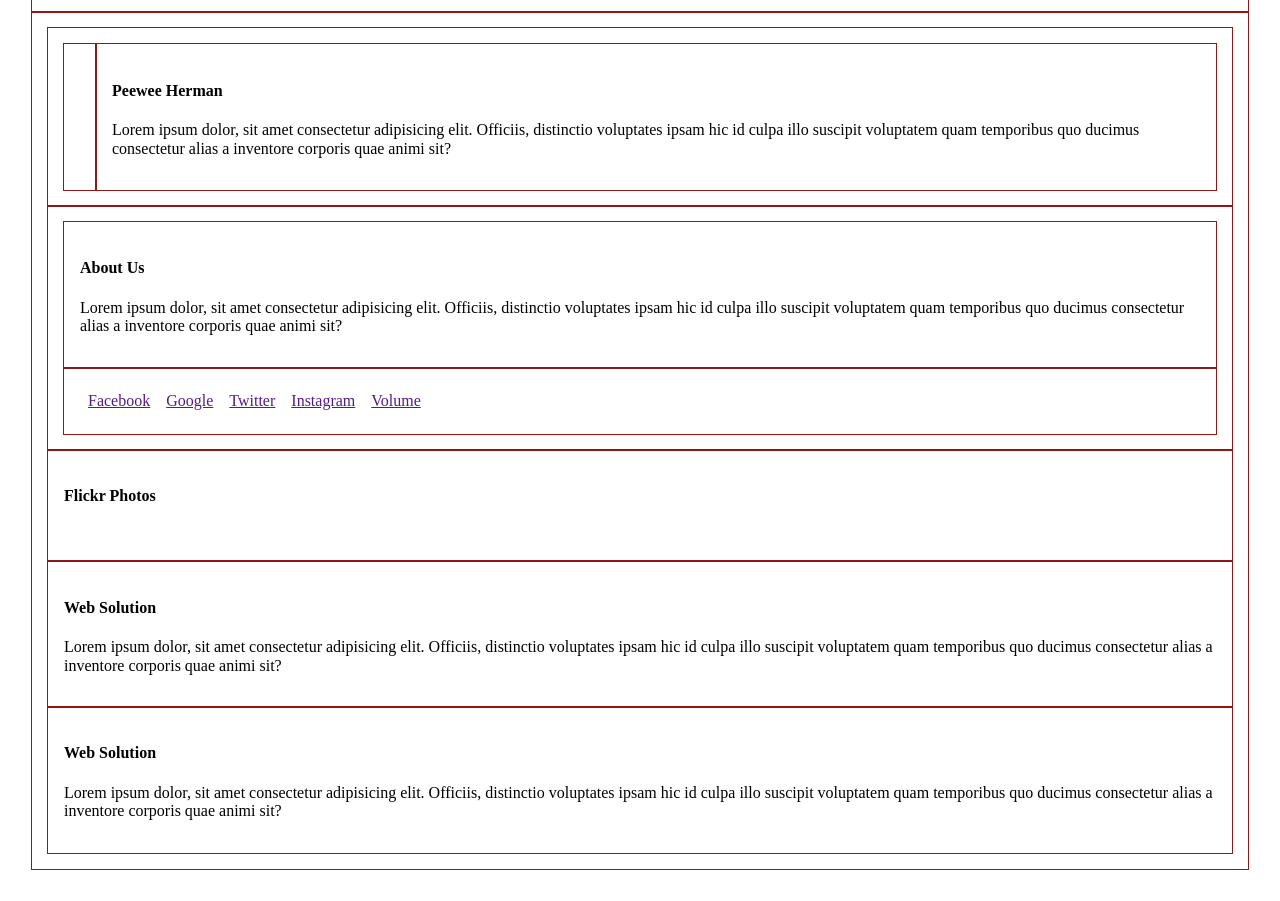
Repository: kionale/Project1_Lab3_ResponsiveLayout
Page: index.html
The author's editor kept a copy of each file at every save. The page is drawn from the files as they stood at one save, then again after the next save.
The browser window is 1280 px wide. The pictures show the part of the page from y = 3481 to 4432 px (the page is 4382 px tall before and 4432 px after).
A picture or video elsewhere on the page could not be fetched, so the positions and the page height are approximate.

Above is the page before, as saved 2023-01-26 00:23:45.

After the next save:
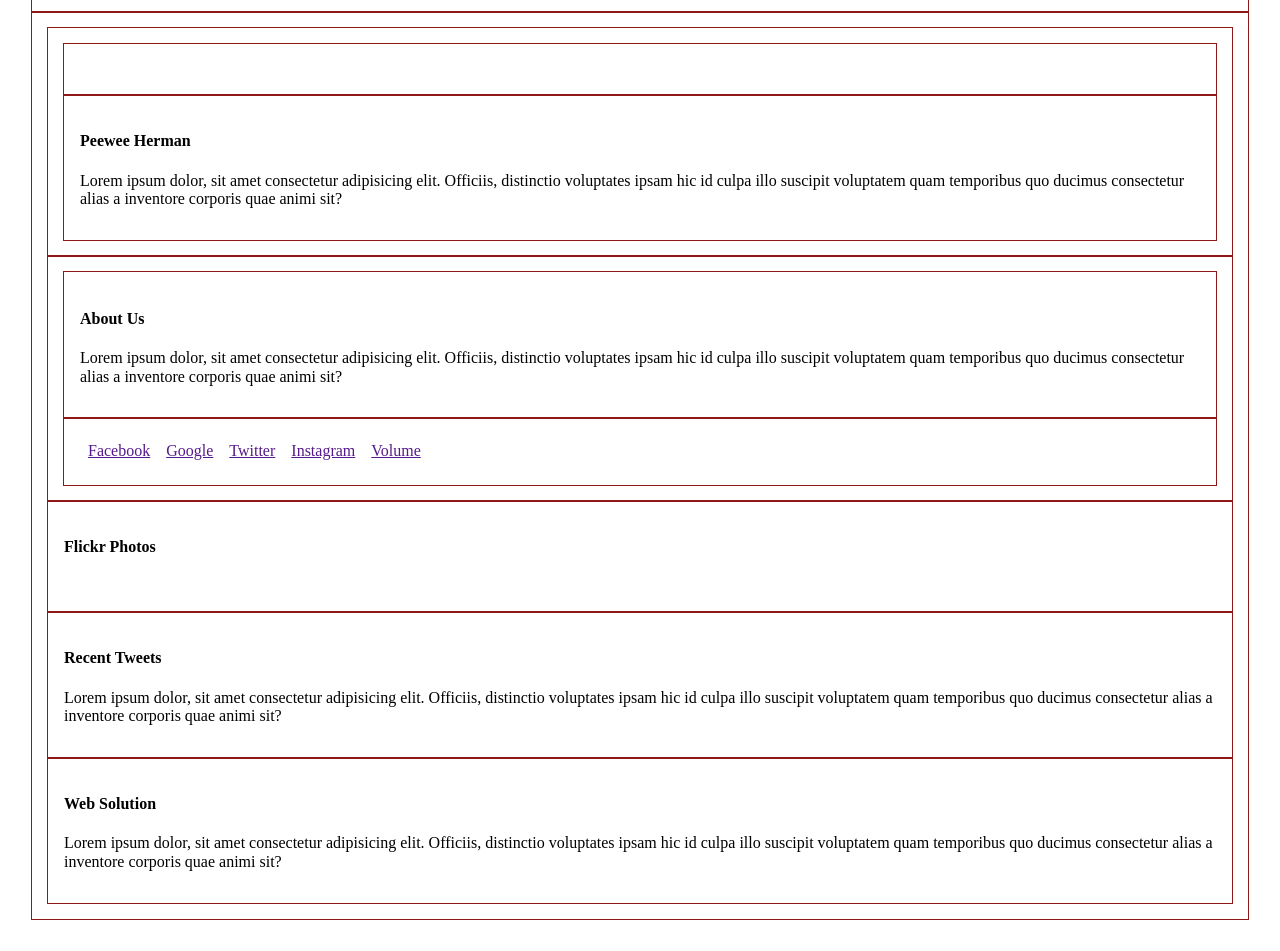
Saved 109 s later.
--- a/index.html
+++ b/index.html
@@ -285,7 +285,7 @@
   </main>
   <!--Footer-->
   <footer>
-    <div class="web__solution">
+    <div class="web__author">
       <div>
         <img src="" alt="">
       </div>
@@ -334,7 +334,7 @@
       <img src="" alt="">
     </div>
     <div>
-      <h4>Web Solution</h4>
+      <h4>Recent Tweets</h4>
       <p>Lorem ipsum dolor, sit amet consectetur adipisicing elit. Officiis, distinctio voluptates ipsam hic
         id
         culpa illo suscipit voluptatem quam temporibus quo ducimus consectetur alias a inventore corporis quae
